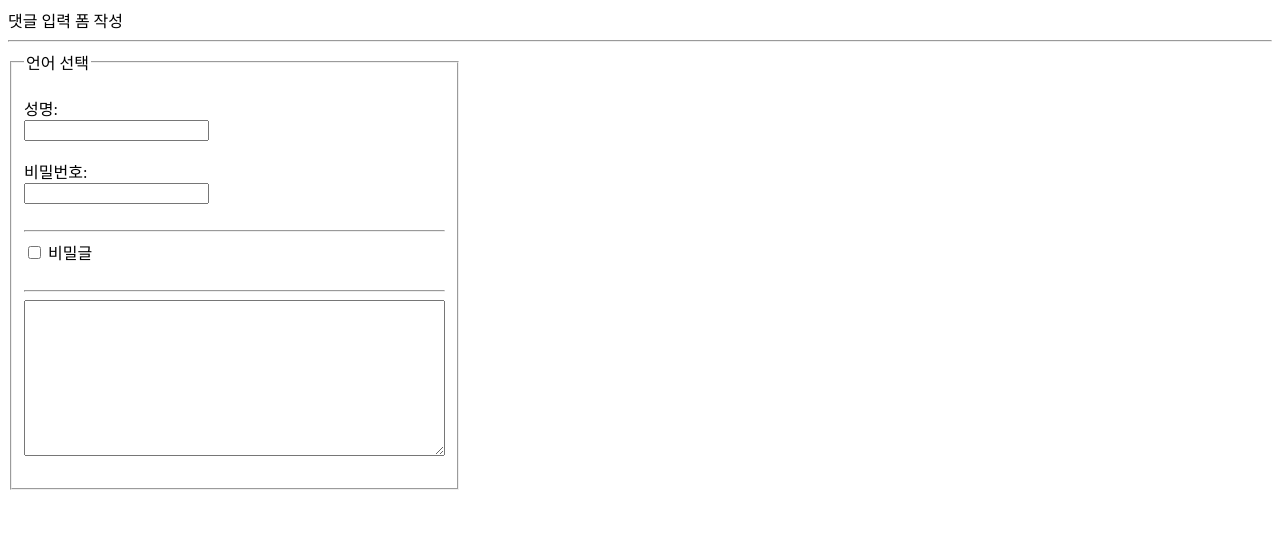
Repository: parkgyutaee/My_JAVA_Project
Page: http://localhost/JSPStudy/test04_04.jsp
The author's editor kept a copy of each file at every save. The page is drawn from the files as they stood at one save, then again after the next save.
The browser window is 1280 px wide. The pictures show the whole page.
The page is served by Tomcat 10. Other server files are loaded and not shown.

Above is the page before, as saved 2025-07-10 07:16:03.

### Workspace/JSPStudy/src/main/webapp/test04_04.jsp
<%@ page language="java" contentType="text/html; charset=UTF-8"
    pageEncoding="UTF-8"%>
<!DOCTYPE html>
<html>
<head>
<meta charset="UTF-8">
<title>4장 연습문제 4번</title>
</head>
<body>
댓글 입력 폼 작성
<hr>
<form action="#" method = "get">
<fieldset style = "width:300px">
	<legend>언어 선택</legend> <p></p>
	성명: <br>
	<input type = "text" name = "name"> <br><br>
	비밀번호: <br>
	<input type = "text" name = "pw"> <br><br>
	<hr>
	<input type = "checkbox" name = "choice"> 비밀글 <br><br>
	<hr>

		<textarea name="introduce_area" rows="10" cols="50" >
		</textarea> <br><br>
</fieldset>
</form>


</body>
</html>

After the next save:
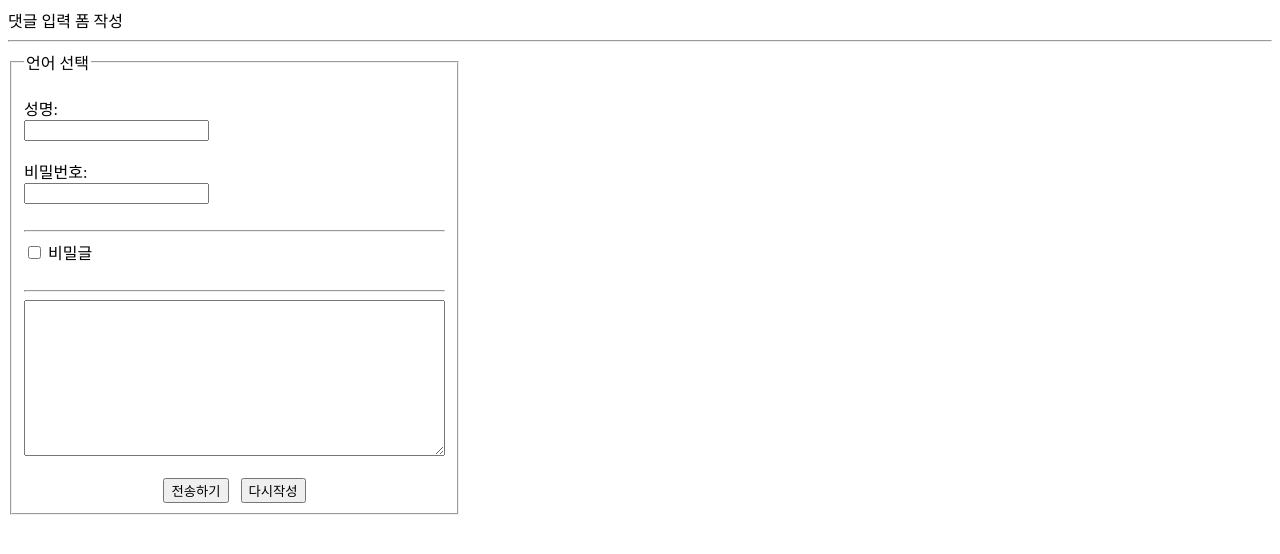
Saved 67 s later.
--- a/Workspace/JSPStudy/src/main/webapp/test04_04.jsp
+++ b/Workspace/JSPStudy/src/main/webapp/test04_04.jsp
@@ -22,6 +22,10 @@
 
 		<textarea name="introduce_area" rows="10" cols="50" >
 		</textarea> <br><br>
+		<div align = "center">
+			<input type = "submit" value = "전송하기"> &nbsp;
+			<input type = "reset" value = "다시작성">
+		</div>
 </fieldset>
 </form>
 
